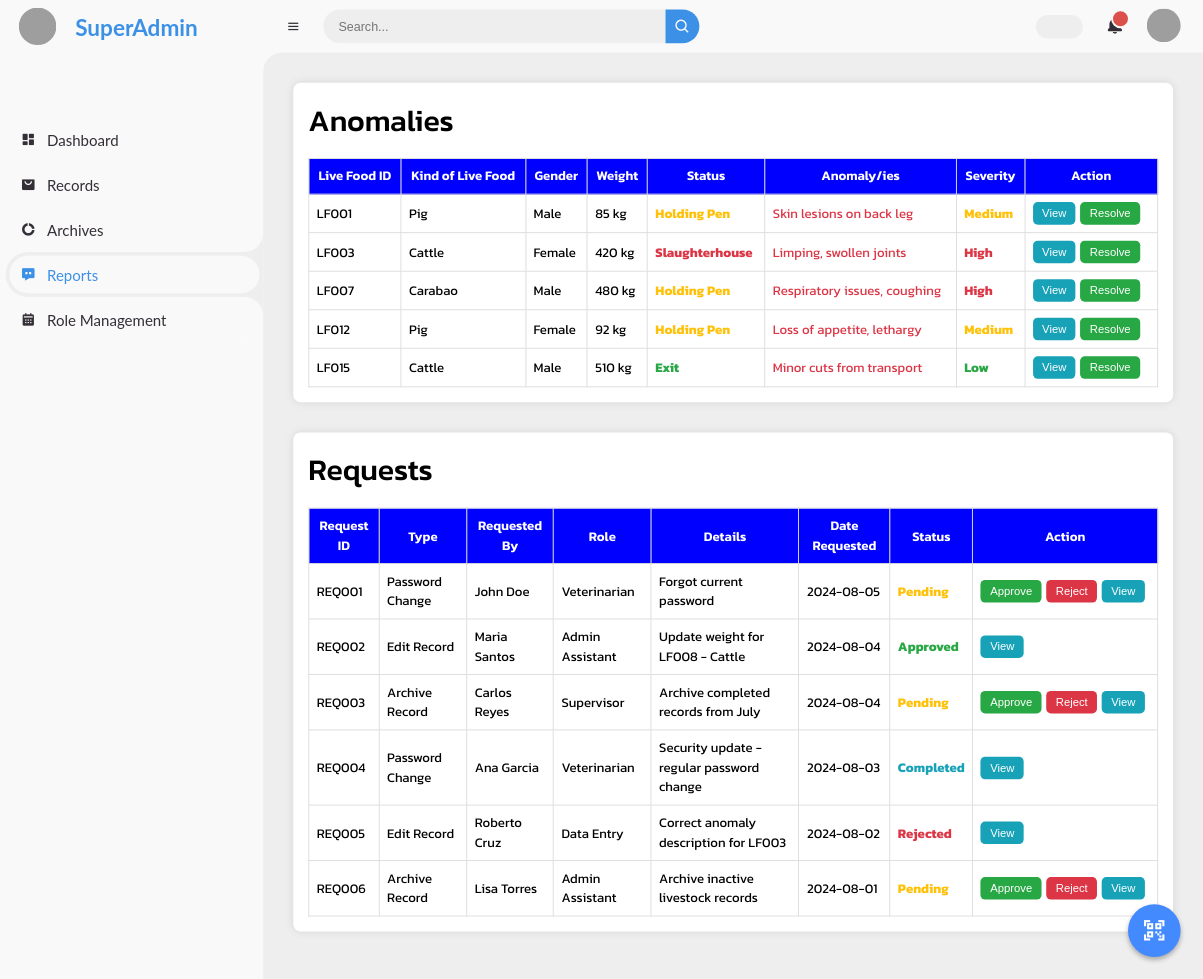
Repository: gaelly-ace/Capstone-System
Page: reports.html
The author's editor kept a copy of each file at every save. The page is drawn from the files as they stood at one save, then again after the next save.
The browser window is 1280 px wide. The pictures show the whole page, at 94% of full size.
Pictures or frames that could not be fetched are drawn as grey boxes.

Above is the page before, as saved 2025-10-14 14:19:03.
Not found: notification.js

After the next save:
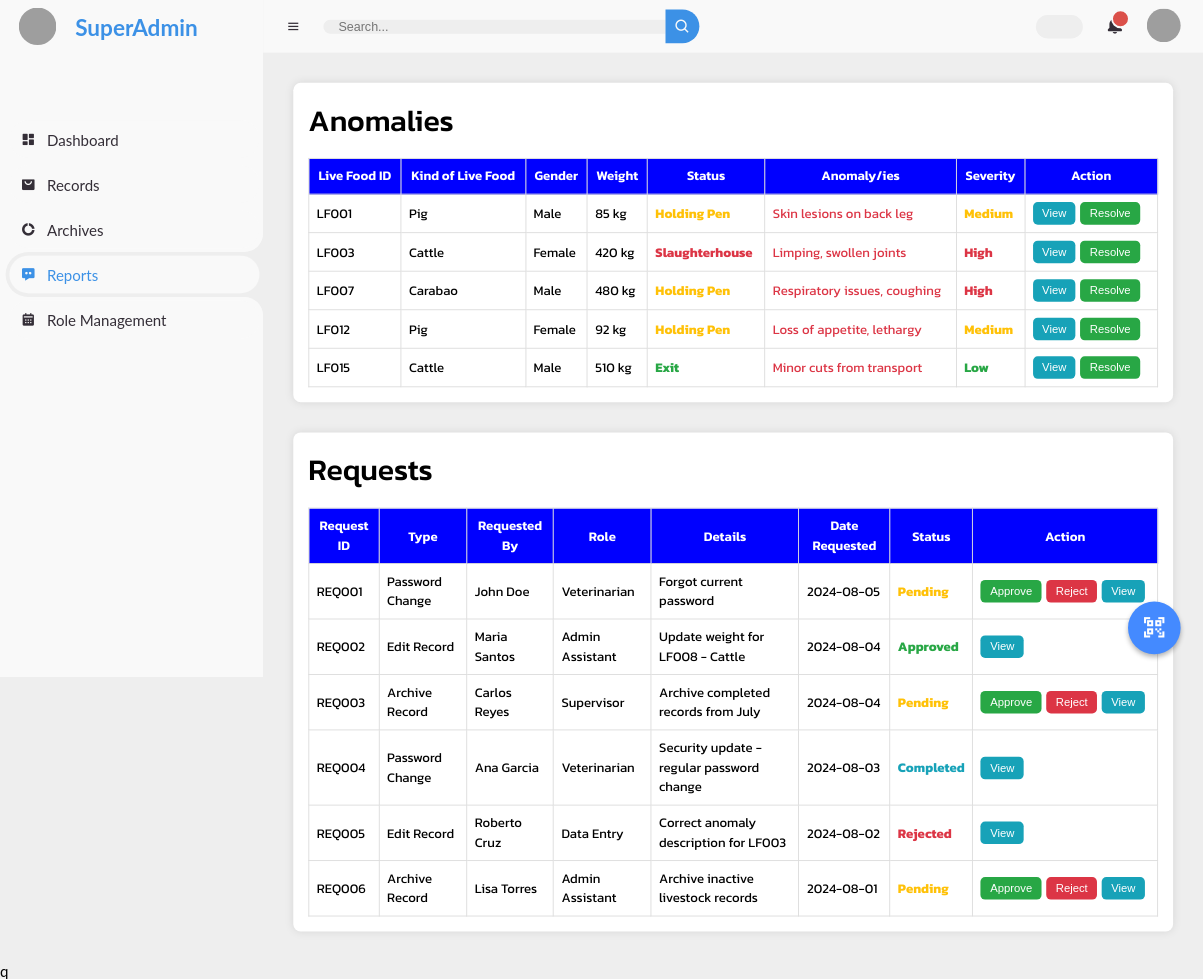
Saved 3 min 43 s later.
--- a/reports.css
+++ b/reports.css
@@ -10,12 +10,8 @@
 	user-select: none;
 }
 
-a {
-	text-decoration: none;
-}
-li {
-	list-style: none;
-}
+a { text-decoration: none; }
+li { list-style: none; }
 
 /* VARIABLES */
 :root {
@@ -57,18 +53,20 @@ body.dark {
 	--card-bg: #2a2727;
 }
 
-/* HTML & BODY */
+/* PREVENT FLASH WHEN SWITCHING THEMES */
 html {
 	overflow-x: hidden;
-	background-attachment: fixed;
-	backface-visibility: hidden;
-	-webkit-backface-visibility: hidden;
-	transform: translateZ(0);
+	background-color: #f9f9f9;
+	will-change: background-color;
+}
+html.dark {
+	background-color: #111827;
 }
 body {
 	background: var(--grey);
 	overflow-x: hidden;
 	font-family: var(--lato);
+	transition: none !important;
 }
 
 /* SIDEBAR */
@@ -80,16 +78,14 @@ body {
 	height: 100%;
 	background: var(--light);
 	z-index: 2000;
-	transition: .3s ease;
+	font-family: var(--lato);
+	transition: width .3s ease;
 	overflow-x: hidden;
 	scrollbar-width: none;
 }
-#sidebar::-webkit-scrollbar {
-	display: none;
-}
-#sidebar.hide {
-	width: 60px;
-}
+#sidebar::-webkit-scrollbar { display: none; }
+#sidebar.hide { width: 60px; }
+
 #sidebar .brand {
 	font-size: 24px;
 	font-weight: 700;
@@ -100,21 +96,18 @@ body {
 	position: sticky;
 	top: 0;
 	background: var(--light);
-	z-index: 500;
 	padding-bottom: 20px;
 	box-sizing: content-box;
+	z-index: 500;
 }
 #sidebar .brand .bx {
 	min-width: 60px;
 	display: flex;
 	justify-content: center;
 }
-#sidebar .side-menu {
-	margin-top: 48px;
-}
+#sidebar .side-menu { margin-top: 48px; }
 #sidebar .side-menu li {
 	height: 48px;
-	background: transparent;
 	margin-left: 6px;
 	border-radius: 48px 0 0 48px;
 	padding: 4px;
@@ -154,19 +147,12 @@ body {
 	overflow-x: hidden;
 	transition: background-color 0.2s ease, color 0.2s ease;
 }
-#sidebar .side-menu.top li.active a {
-	color: var(--blue);
-}
+#sidebar .side-menu.top li.active a { color: var(--blue); }
 #sidebar.hide .side-menu li a {
 	width: calc(48px - 8px);
-	transition: width .3s ease;
-}
-#sidebar .side-menu li a.logout {
-	color: var(--red);
-}
-#sidebar .side-menu.top li a:hover {
-	color: var(--blue);
-}
+}
+#sidebar .side-menu li a.logout { color: var(--red); }
+#sidebar .side-menu.top li a:hover { color: var(--blue); }
 #sidebar .side-menu li a .bx {
 	min-width: calc(60px - 20px);
 	display: flex;
@@ -184,7 +170,7 @@ body {
 	position: relative;
 	width: calc(100% - 280px);
 	left: 280px;
-	transition: .3s ease;
+	transition: width .3s ease;
 }
 #sidebar.hide ~ #content {
 	width: calc(100% - 60px);
@@ -203,26 +189,13 @@ body {
 	top: 0;
 	z-index: 1000;
 }
-#content nav::before {
-	content: '';
-	position: absolute;
-	width: 40px;
-	height: 40px;
-	bottom: -40px;
-	left: 0;
-	border-radius: 50%;
-	box-shadow: -20px -20px 0 var(--light);
-}
-#content nav a {
+#content nav a { color: var(--dark); }
+#content nav .bx.bx-menu {
+	cursor: pointer;
 	color: var(--dark);
 }
-#content nav .bx.bx-menu {
-	cursor: pointer;
-	color: var(--dark);
-}
-#content nav .nav-link:hover {
-	color: var(--blue);
-}
+#content nav .nav-link:hover { color: var(--blue); }
+
 #content nav form {
 	max-width: 400px;
 	width: 100%;
@@ -236,7 +209,6 @@ body {
 #content nav form .form-input input {
 	flex-grow: 1;
 	padding: 0 16px;
-	height: 100%;
 	border: none;
 	background: var(--grey);
 	border-radius: 36px 0 0 36px;
@@ -255,6 +227,7 @@ body {
 	border-radius: 0 36px 36px 0;
 	cursor: pointer;
 }
+
 #content nav .notification {
 	font-size: 20px;
 	position: relative;
@@ -312,7 +285,6 @@ body {
 	padding: 1rem;
 	border-radius: 8px;
 	box-shadow: 0 0 10px rgba(0, 0, 0, 0.1);
-	transition: 0.3s ease;
 }
 .reports-section h2 {
 	margin-bottom: 1rem;
@@ -339,7 +311,6 @@ th {
 }
 tr:hover {
 	background-color: var(--bg);
-	transition: background-color 0.3s ease;
 }
 td:last-child {
 	white-space: nowrap;
@@ -390,9 +361,8 @@ td:last-child {
 	z-index: 9999;
 	transition: transform 0.2s ease;
 }
-.floating-btn:hover {
-	transform: scale(1.1);
-}
+.floating-btn:hover { transform: scale(1.1); }
+
 #qr-scanner {
 	position: fixed;
 	top: 0;
